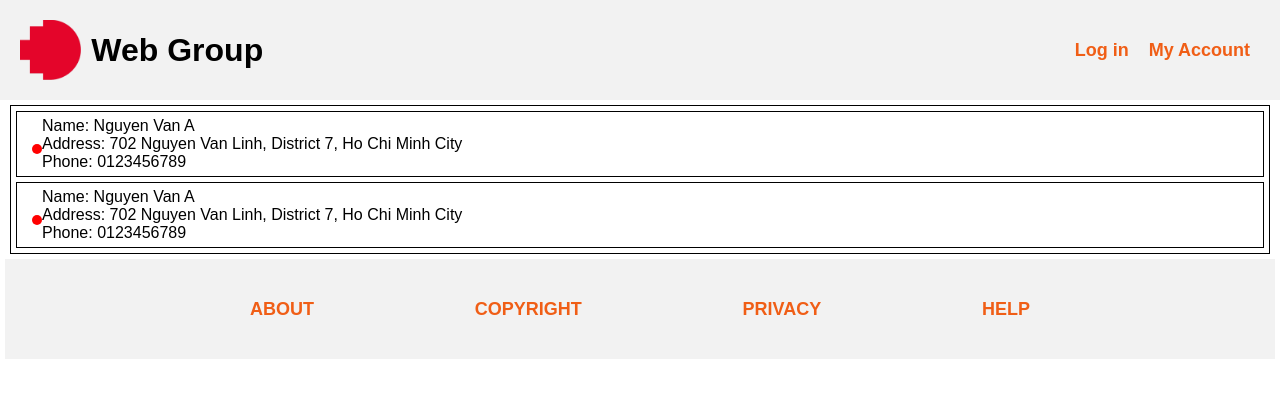
Repository: quynguyn/shoopingweb
Page: shipper.html
These files come from the project's save history. The page is drawn as it stood at one moment and after the next save; the edit follows.
The browser window is 1280 px wide. The pictures show the whole page.

Above is the page before, as saved 2023-05-04 17:22:53.

### shipper.html
<!DOCTYPE html>
<html lang="en">

<head>
	<meta charset="UTF-8">
	<meta http-equiv="X-UA-Compatible" content="IE=edge">
	<meta name="viewport" content="width=device-width, initial-scale=1.0">
	<title>Shipper</title>
	<link rel="stylesheet" href="Asset/CSS/style.css">
	<link rel="stylesheet" href="Asset/CSS/shipper.css">
	<script src="Asset/JS/shipper.js"></script>
</head>

<body>
	<!-- Header of the page -->
	<header>
		<div class="logo">
			<img src="logo.png" alt="Web Group Logo">
			<h1>Web Group</h1>
		</div>
		<nav>
			<ul>
				<li><a href="#">Log in</a></li>
				<li><a href="#">My Account</a></li>
			</ul>
		</nav>
	</header>
	<div class="main-container">
		<div class="orders-container">
			<div class="order" onclick="popupFunction(event)">
				<div class="activity">
					<svg height="20" width="20">
						<circle cx="15" cy="15" r="5" fill="red" />
					</svg>
				</div>

				<div class="information-container">
					<div class="information">
						<pre>Name: </pre>
						<p class="name">Nguyen Van A</p>
					</div>

					<div class="information">
						<pre>Address: </pre>
						<p class="name">702 Nguyen Van Linh, District 7, Ho Chi Minh City</p>
					</div>

					<div class="information">
						<pre>Phone: </pre>
						<p class="name">0123456789</p>
					</div>
				</div>

				<div class="popupText">

				</div>
			</div>

			<div class="order"  onclick="popupFunction(event)">
				<div class="activity">
					<svg height="20" width="20">
						<circle cx="15" cy="15" r="5" fill="red" />
					</svg>
				</div>

				<div class="information-container">
					<div class="information">
						<pre>Name: </pre>
						<p class="name">Nguyen Van A</p>
					</div>

					<div class="information">
						<pre>Address: </pre>
						<p class="name">702 Nguyen Van Linh, District 7, Ho Chi Minh City</p>
					</div>

					<div class="information">
						<pre>Phone: </pre>
						<p class="name">0123456789</p>
					</div>
				</div>

				<div class="popupText">That's what I'm talking about!</div>
			</div>

			<div id="info-popup" onclick="closeModal(event)">
				<div class="body"></div>
			</div>
		</div>
		<!-- Footer of the page -->
		<footer>
			<div class="footer-links">
				<a href="#">About</a>
				<a href="#">Copyright</a>
				<a href="#">Privacy</a>
				<a href="#">Help</a>
			</div>
		</footer>

</body>

</html>

### Asset/CSS/style.css
/* Reset CSS */
:root {
    --main-color: #F58216;
    --primary-color: #ffb347;
    --secondary-color: #f05e16;
    --white-color: #f2f2f2;
    /* change the name */
}

/* Reset CSS  */
* {
    padding: 0;
    margin: 0;
    box-sizing: border-box;
    text-decoration: none;
    font-family: Arial, Helvetica, sans-serif;
}

/* Header CSS */
header {
    height: 100px;
    background-color:var(--white-color);
    display: flex;
    justify-content: space-between;
    align-items: center;
    padding: 0 20px;
  }

  .logo {
    display: flex;
    align-items: center;
  }

  .logo img {
    height: 60px;
    margin-right: 10px;
  }

  nav ul {
    display: flex;
    list-style: none;
    margin: 0;
    padding: 0;


  }

  nav ul li {
    margin: 0 10px;
  }

  nav ul li a {
    text-decoration: none;
    font-size: 18px;
    font-weight: bold;
    color: var(--secondary-color);
  }

  /* Footer css */
  footer {
    height: 100px;
    background-color: var(--white-color);
    display: flex;
    justify-content: center;
    align-items: center;
    color: var(--white-color);
  }

  footer div {
    display: flex;
    justify-content: space-between;
    width: 80%;
    max-width: 800px;
  }

  footer div a {
    color: var(--secondary-color);
    text-decoration: none;
    margin: 0 10px;
    text-transform: uppercase;
    font-weight: bold;
    font-size: large;
  }

### Asset/CSS/shipper.css
.main-container {
	margin: 5px;
}

.orders-container {
	margin: 5px;
	border: 1px solid black;
}

.order {
	margin: 5px;
	border: 1px solid black;
	padding: 5px;
	display: flex;
	flex-direction: row;
	align-items: center;
}

.activity {
	width: 20px;
	height: 20px;
	m
}

.information {
	display: flex;
	flex-direction: row;
	align-items: center;
}

#info-popup {
	z-index: 1;
	display: none;
	position: fixed;
	top: 0;
	left: 0;
	width: 100vw;
	height: 100vh;
}

#info-popup .body {
	width: 400px;
	background: #F7BE6D;
	border: 1px solid #F05E16;
	padding: 15px 25px;
}

.info-popup-data {
	display: flex !important;
	justify-content: center;
	align-items: center;
	background: rgba(0, 0, 0, 0.7);
}

.popupText {
	display: none;
}

### Asset/JS/shipper.js
const $ = document.querySelector.bind(document);
const mdl = $('#info-popup');

function popupFunction(e) {
  const targ = e.target;
  const prnt = targ.closest('div.order');
  const chldn = prnt.childNodes;
  console.log(chldn);
  const txt = [...chldn].filter((d) => d.className === 'popupText');
  const msg = txt[0].innerText;
  $('#info-popup .body').innerText = msg;
  $('#info-popup').classList.add('info-popup-data');
}
function closeModal(e){
  e.target.classList.remove('info-popup-data');
}

After the next save:
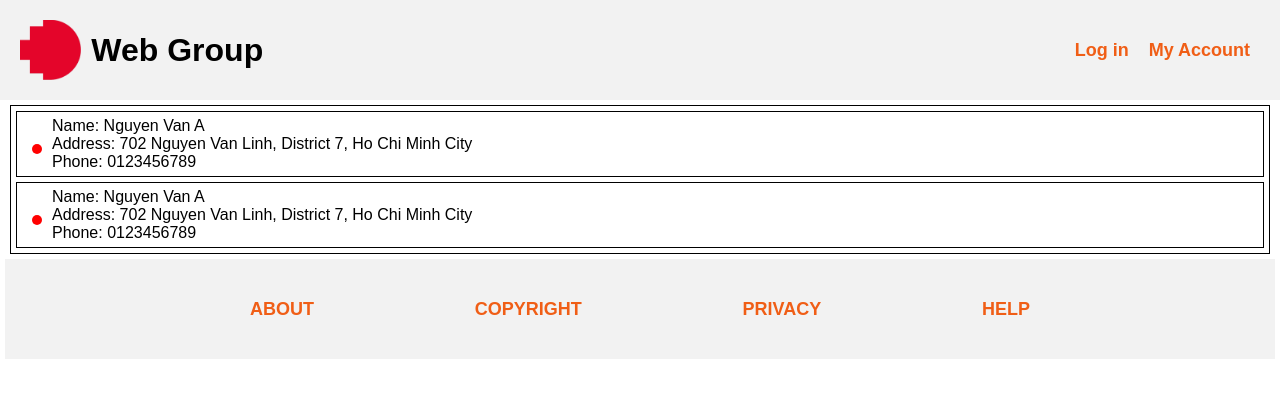
Saved 4 s later.
--- a/Asset/CSS/shipper.css
+++ b/Asset/CSS/shipper.css
@@ -19,7 +19,7 @@
 .activity {
 	width: 20px;
 	height: 20px;
-	m
+	margin-right: 10px;
 }
 
 .information {
